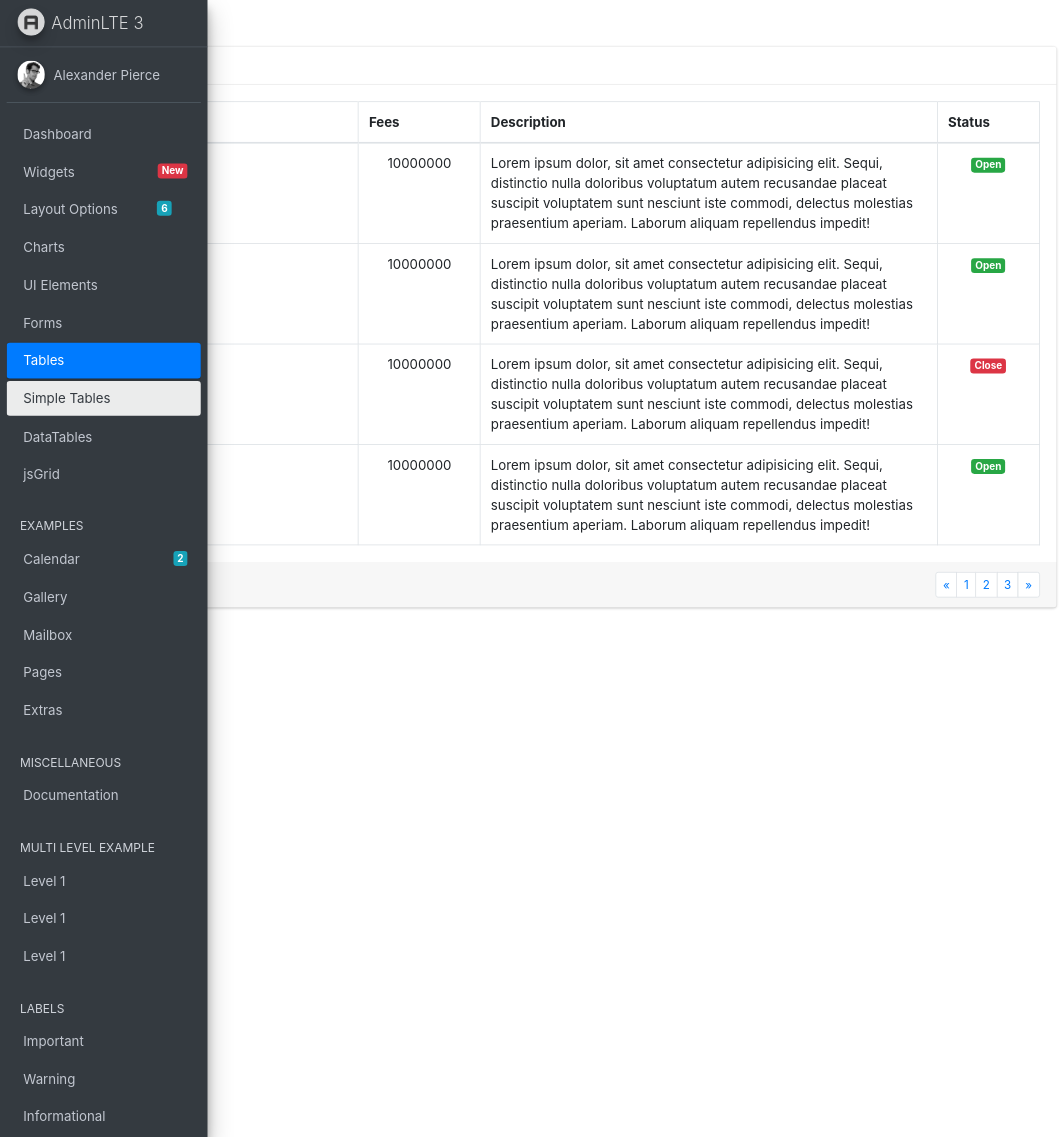
Repository: huyennvo/table
Page: http://localhost/table/courses
An editor plug-in stored every save of this project. The page is shown before and after the next save, followed by the edit.
The browser window is 1280 px wide. The pictures show the whole page, at 83% of full size.
Some web fonts or font styles are not loaded; a fallback is used. The page is served by the project's Laravel application, run on PHP 8.4 with Laravel 8. Other server files are loaded and not shown.

Above is the page before, as saved 2022-08-11 18:51:19.

### routes/web.php
<?php

use Illuminate\Support\Facades\Route;

/*
|--------------------------------------------------------------------------
| Web Routes
|--------------------------------------------------------------------------
|
| Here is where you can register web routes for your application. These
| routes are loaded by the RouteServiceProvider within a group which
| contains the "web" middleware group. Now create something great!
|
*/

Route::get('/table', function () {
    return view('index');
});

Route::get('/table/courses', function () {
    return view('courses');
});

### resources/views/courses.blade.php
@extends('layouts.menu')
@section('content-body')
    <!-- Main content -->

    <section class="content">
      <div class="container-fluid">
        <div class="row">
          <div class="col-md-12">
            <div class="card">
              <div class="card-header">
                <h3 class="card-title">Courses</h3>
              </div>
              <!-- /.card-header -->
              <div class="card-body">
                <table class="table table-bordered" >
                  <thead>
                    <tr>
                      <th style="width: 10px">ID</th>
                      <th>Name</th>
                      <th style="width: 12%">Fees</th>
                      <th style="width: 45%">Description</th>
                      <th style="width: 10%">Status</th>
                    </tr>
                  </thead>
                  <tbody>
                    <tr>
                      <td style="text-align:center;">1</td>
                      <td>ABC</td>
                      <td style="text-align:center;">
                        10000000
                      </td>
                      <td>Lorem ipsum dolor, sit amet consectetur adipisicing elit. Sequi, distinctio nulla doloribus voluptatum autem recusandae placeat suscipit voluptatem sunt nesciunt iste commodi, delectus molestias praesentium aperiam. Laborum aliquam repellendus impedit!</td>
                      <td style="text-align:center;"><span class="badge bg-success">Open</span></td>
                    </tr>
                    <tr>
                      <td style="text-align:center;">1</td>
                      <td>ABC</td>
                      <td style="text-align:center;">
                        10000000
                      </td>
                      <td>Lorem ipsum dolor, sit amet consectetur adipisicing elit. Sequi, distinctio nulla doloribus voluptatum autem recusandae placeat suscipit voluptatem sunt nesciunt iste commodi, delectus molestias praesentium aperiam. Laborum aliquam repellendus impedit!</td>
                      <td style="text-align:center;"><span class="badge bg-success">Open</span></td>
                    </tr>
                    <tr>
                      <td style="text-align:center;" >1</td>
                      <td >ABC</td>
                      <td style="text-align:center;">
                        10000000
                      </td>
                      <td>Lorem ipsum dolor, sit amet consectetur adipisicing elit. Sequi, distinctio nulla doloribus voluptatum autem recusandae placeat suscipit voluptatem sunt nesciunt iste commodi, delectus molestias praesentium aperiam. Laborum aliquam repellendus impedit!</td>
                      <td style="text-align:center;"><span class="badge bg-danger">Close</span></td>
                    </tr>
                    <tr>
                      <td style="text-align:center;">1</td>
                      <td>ABC</td>
                      <td style="text-align:center;">
                        10000000
                      </td>
                      <td>Lorem ipsum dolor, sit amet consectetur adipisicing elit. Sequi, distinctio nulla doloribus voluptatum autem recusandae placeat suscipit voluptatem sunt nesciunt iste commodi, delectus molestias praesentium aperiam. Laborum aliquam repellendus impedit!</td>
                      <td style="text-align:center;"><span class="badge bg-success">Open</span></td>
                    </tr>


                  </tbody>
                </table>
              </div>
              <!-- /.card-body -->
              <div class="card-footer clearfix">
                <ul class="pagination pagination-sm m-0 float-right">
                  <li class="page-item"><a class="page-link" href="#">&laquo;</a></li>
                  <li class="page-item"><a class="page-link" href="#">1</a></li>
                  <li class="page-item"><a class="page-link" href="#">2</a></li>
                  <li class="page-item"><a class="page-link" href="#">3</a></li>
                  <li class="page-item"><a class="page-link" href="#">&raquo;</a></li>
                </ul>
              </div>
            </div>

          </div>

        </div>


        <!-- /.row -->

        <!-- /.row -->
      </div><!-- /.container-fluid -->
    </section>
    <!-- /.content -->
@endsection

### resources/views/layouts/index.blade.php
<!DOCTYPE html>
<html>
<head>
  <meta charset="utf-8">
  <meta http-equiv="X-UA-Compatible" content="IE=edge">
  <title>Table</title>
  <meta name="viewport" content="width=device-width, initial-scale=1">

  <link rel="stylesheet" href="{{asset('css/adminlte.min.css')}}">

  <!-- Google Font: Source Sans Pro -->
  <link href="https://fonts.googleapis.com/css?family=Source+Sans+Pro:300,400,400i,700" rel="stylesheet">
</head>
<body class="hold-transition sidebar-mini">
  <h1>hello</h1>
<!-- <div class="wrapper"> -->
@yield('menu')

<!-- <div class="content-wrapper"> -->

@yield('content-header')

@yield('content-body')

<!-- </div> -->


  <!-- /.content-wrapper -->
  <!-- /.control-sidebar -->
<!-- </div> -->

</body>
</html>

### resources/views/layouts/content-header.blade.php
@extends('layouts.menu')
@section('content-header')
    <section class="content-header">
      <div class="container-fluid">
        <div class="row mb-2">
          <div class="col-sm-6">
            <h1>Table</h1>
          </div>
        </div>
      </div><!-- /.container-fluid -->
    </section>
@endsection

Loaded but not shown: public/css/adminlte.min.css (library); resources/views/layouts/menu.blade.php (563 lines, source omitted)

After the next save:
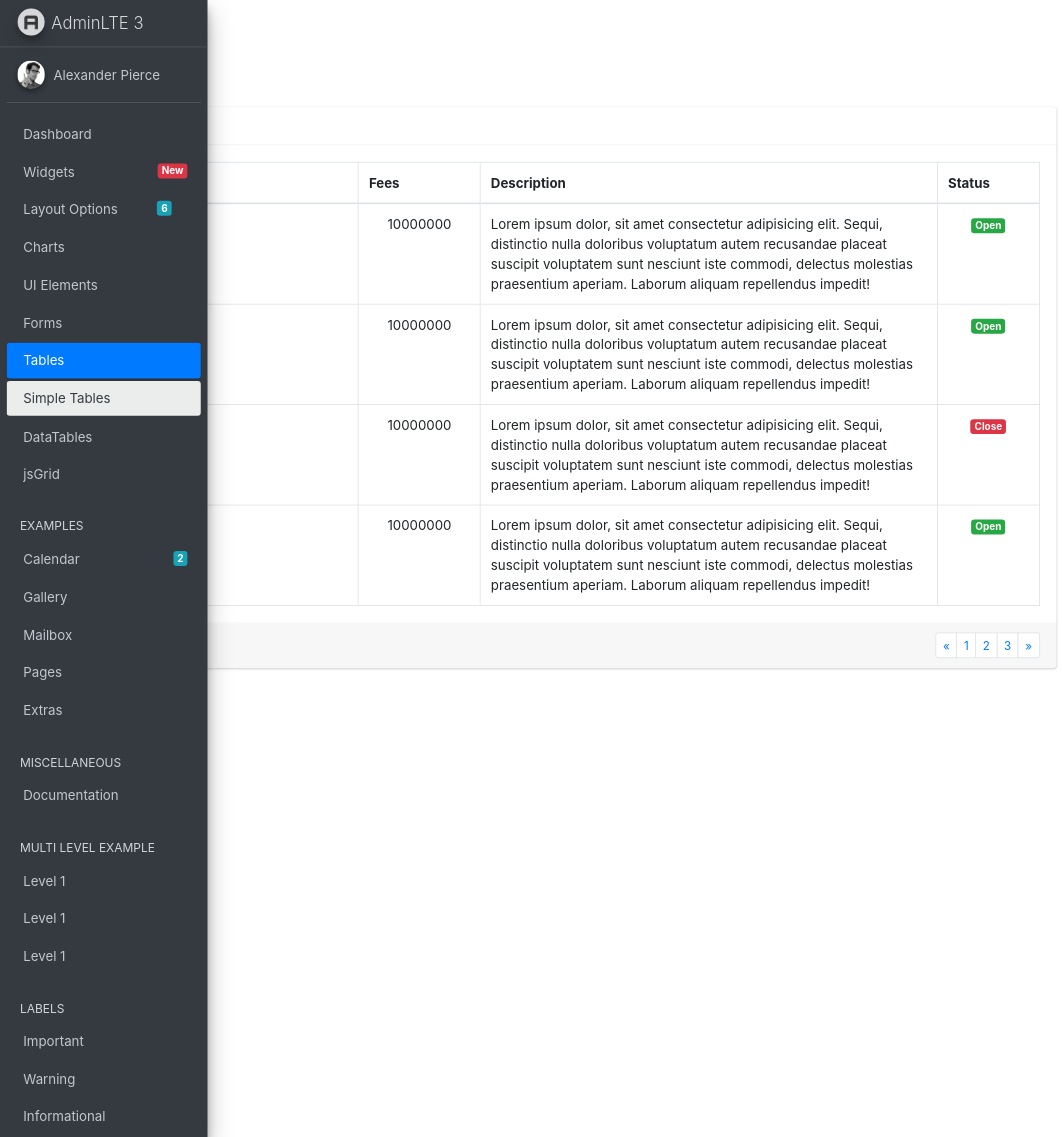
Saved 28 s later.
--- a/resources/views/courses.blade.php
+++ b/resources/views/courses.blade.php
@@ -1,4 +1,4 @@
-@extends('layouts.menu')
+@extends('layouts.content-header')
 @section('content-body')
     <!-- Main content -->
 
